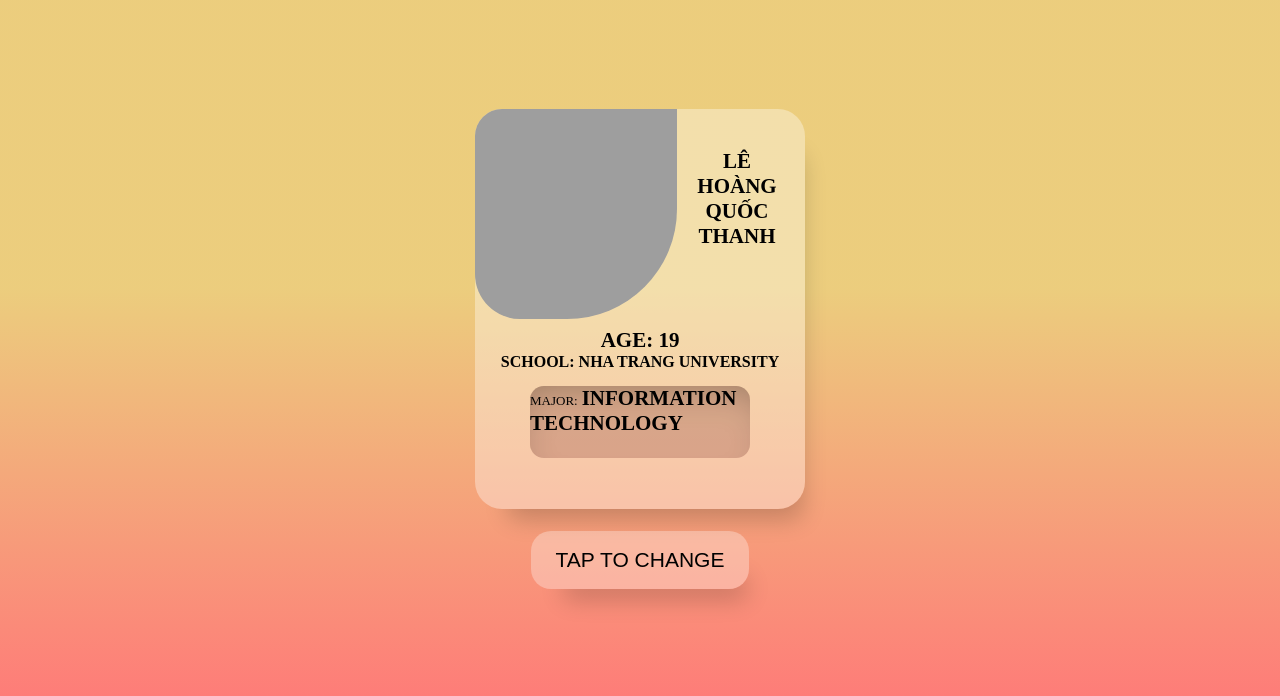
Repository: ThanhThn/profile
Page: index.html
An editor plug-in stored every save of this project. The page is shown before and after the next save, followed by the edit.
The browser window is 1280 px wide. The pictures show the whole page.
Pictures or frames that could not be fetched are drawn as grey boxes. Some web fonts or font styles are not loaded; a fallback is used.

Above is the page before, as saved 2022-12-05 20:22:52.

After the next save:
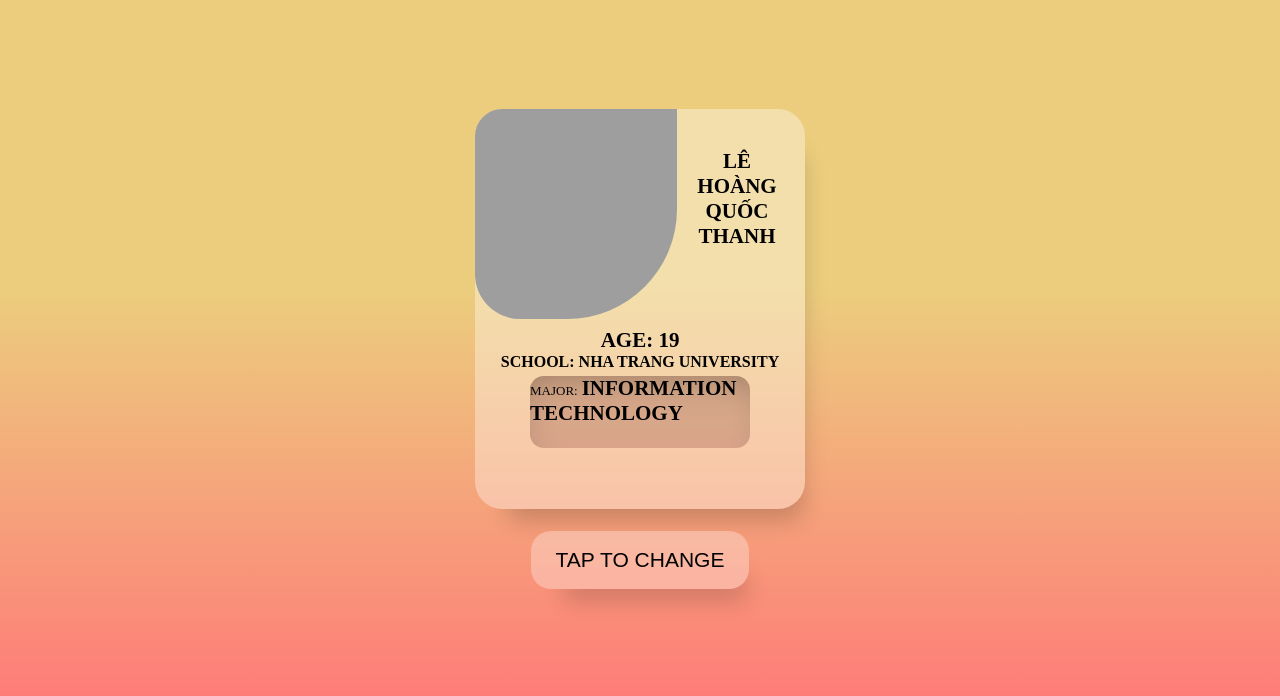
Saved 14 s later.
--- a/style.css
+++ b/style.css
@@ -74,7 +74,7 @@ span{
     box-shadow: 3px 20px 39px -19px rgba(0,0,0,0.3) inset;
     -webkit-box-shadow: 3px 20px 39px -19px rgba(0,0,0,0.3) inset;
     -moz-box-shadow: 3px 20px 39px -19px rgba(0,0,0,0.3) inset;
-    margin: 20px auto 0 auto;
+    margin: 10px auto 0 auto;
 }
 
 .major #major{
